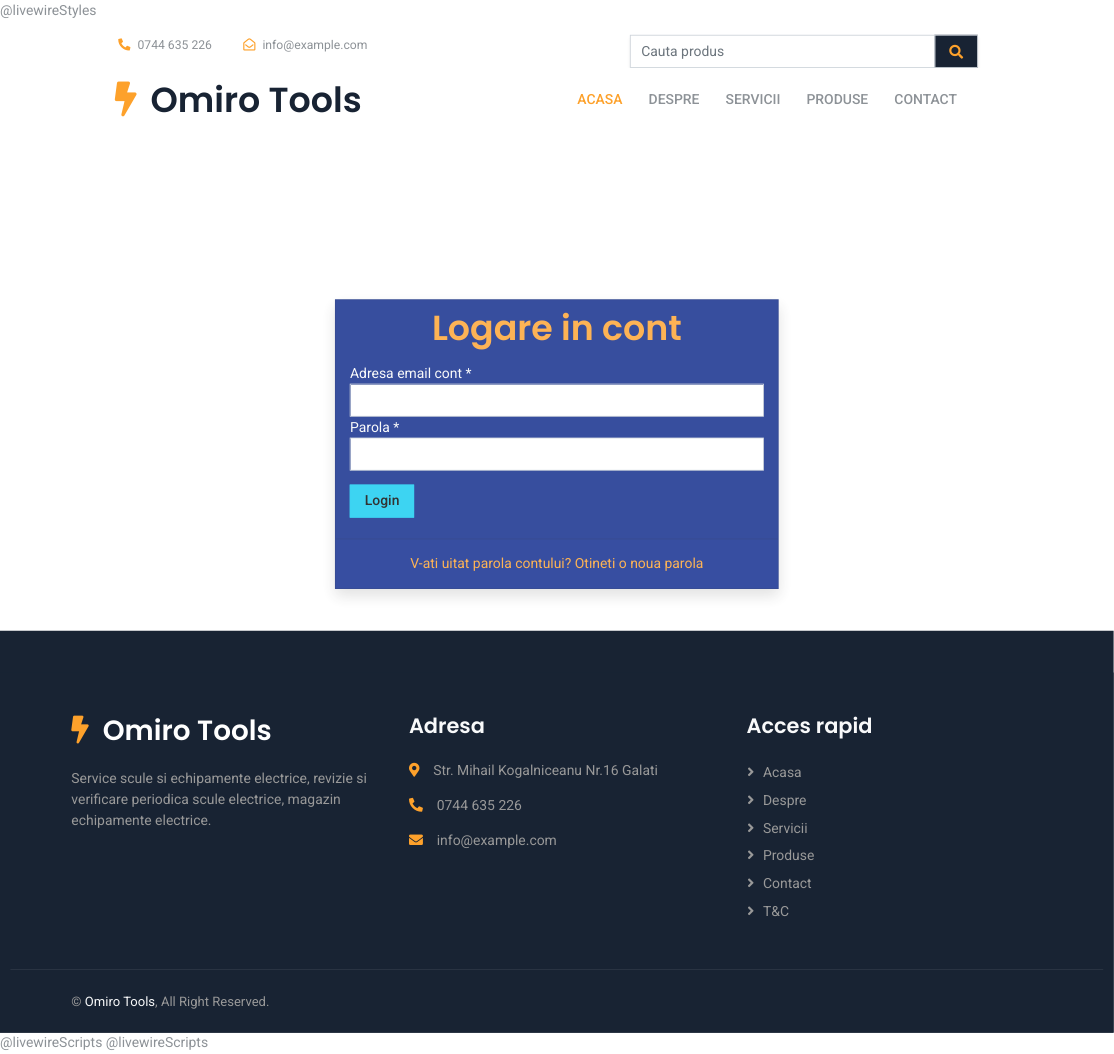
Repository: sorina0109/laravel_test
Page: http://localhost/login
The author's editor kept a copy of each file at every save. The page is drawn from the files as they stood at one save, then again after the next save.
The browser window is 1280 px wide. The pictures show the whole page, at 87% of full size.
Some web libraries are served in a nearby version. The page is served by the project's Laravel application, run on PHP 8.4 with Laravel 10.

Above is the page before, as saved 2023-08-15 15:04:57.

After the next save:
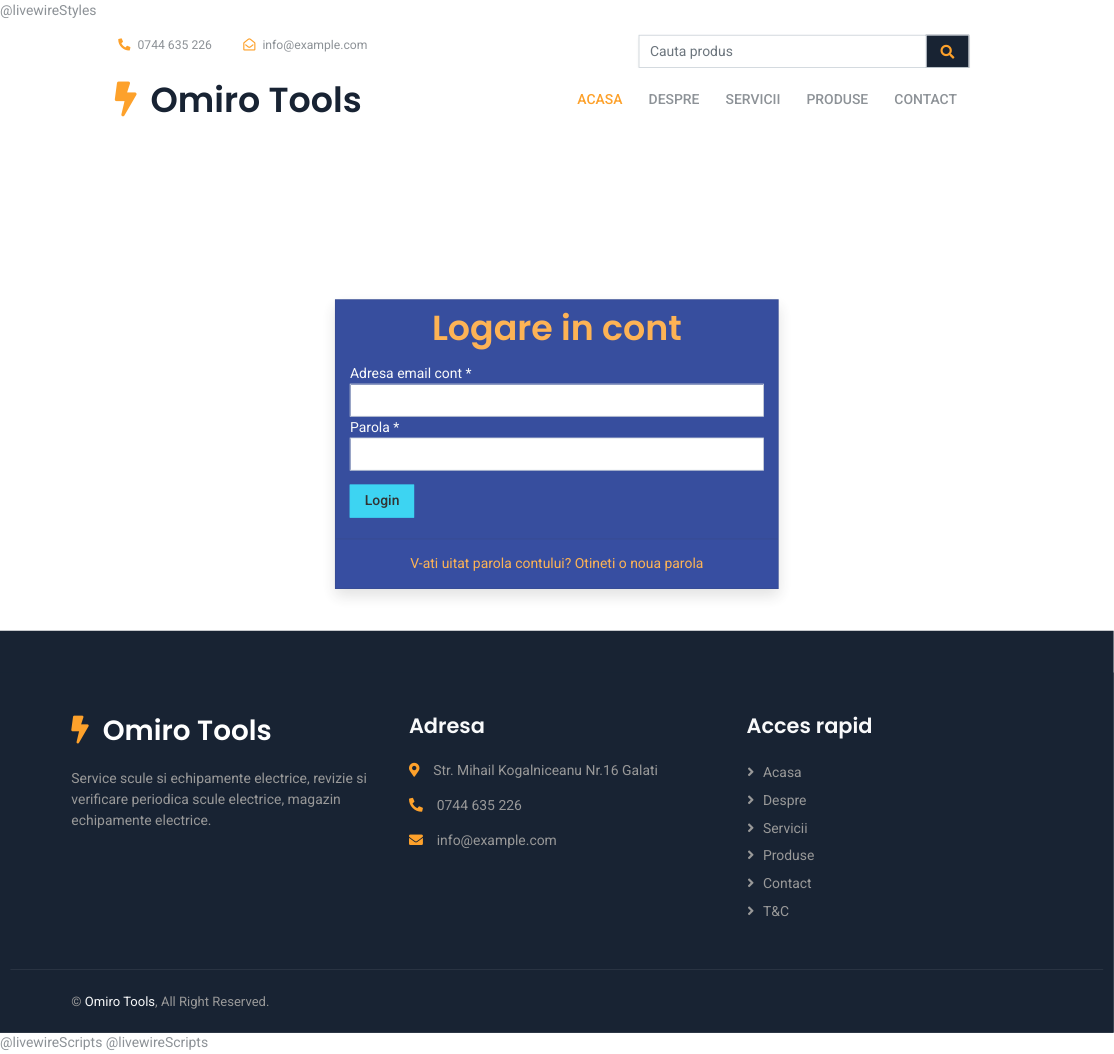
Saved 17 s later.
--- a/resources/views/front/partials/topbar.blade.php
+++ b/resources/views/front/partials/topbar.blade.php
@@ -17,7 +17,7 @@
         </div>
         <div class="col-lg-6 d-none d-lg-block text-center px-5 pt-3" >
             <form style="display: inline-block;" action="{{ route('search') }}" method="GET" id="search-bar">
-                <div class="input-group shadow-sm" style="width: 400px;">
+                <div class="input-group shadow-sm" style="width: 380px;">
                     <input name="search_product" type="text" class="form-control " placeholder="Cauta produs" >
                     <div class="input-group-append" onclick="document.getElementById('search-bar').submit()"
                             style="cursor:pointer;">
